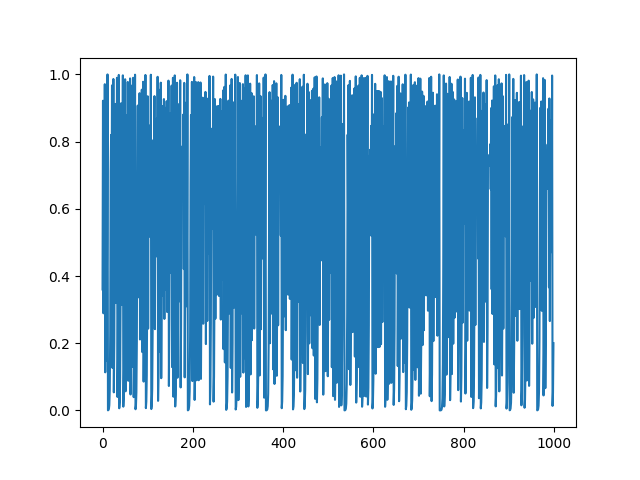
Repository: Nordenbox/Nordenbox_MachineLearning_Study
Script's output: python Playground.py
An editor plug-in stored every save of this project. The script's output is shown before and after the next save, followed by the edit.
Random numbers start from a fixed seed.

Above is the script's output before, as saved 2021-01-06 19:40:25.

After the next save:
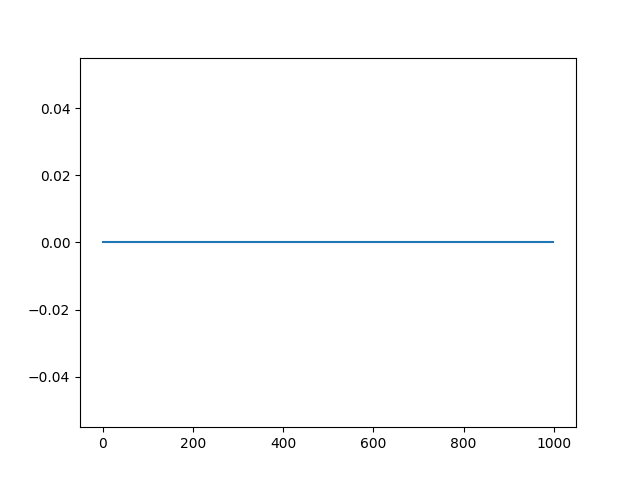
Saved 7 min 28 s later.
--- a/Playground.py
+++ b/Playground.py
@@ -1,11 +1,13 @@
 import numpy as np
 import matplotlib.pyplot as plt
 n = 0.1
-list_x = [j for j in range(1000)]
+list_x =[]
 list_y=[]
-for i in range(1000):
-    n = 4*n*(1-n)
-    print(n, '\n')
+for r in range(1000):
+    list_x.append(r)
+    for i in range(1000):
+        n = r*n*(1-n)
+        print(n, '\n')
     list_y.append(n)
 
 x = np.array(list_x)
